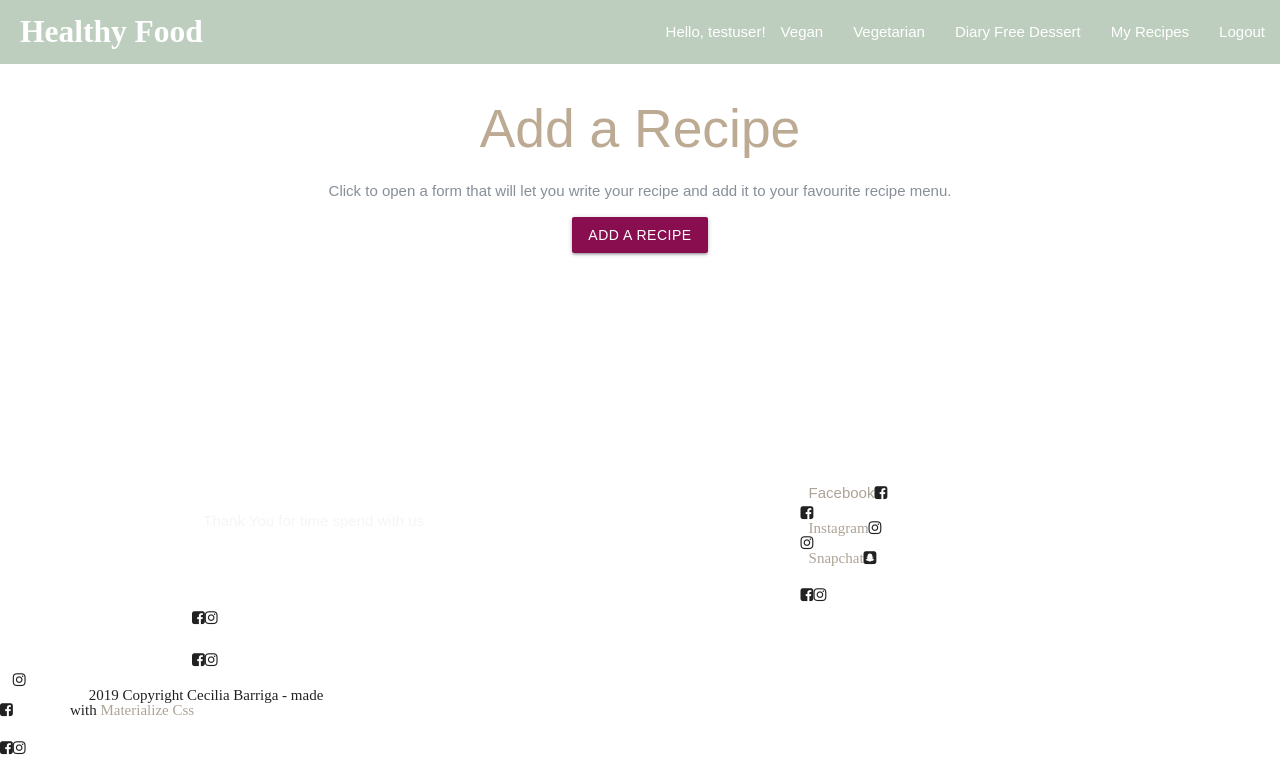
Repository: cesole/cookbook
Page: http://localhost/get_my_recipes
The author's editor kept a record of every edit. The page is drawn from the files as they stood at one moment, then again after the next edit.
The browser window is 1280 px wide. The pictures show the whole page.
Some web fonts or font styles are not loaded; a fallback is used. The page is served by the project's application, run on Flask 3 (app.py). The session is filled in as if someone had signed in: {"username": "testuser"}. Queries for data that is not in the repository find no rows.

Above is the page before.

After the next edit:
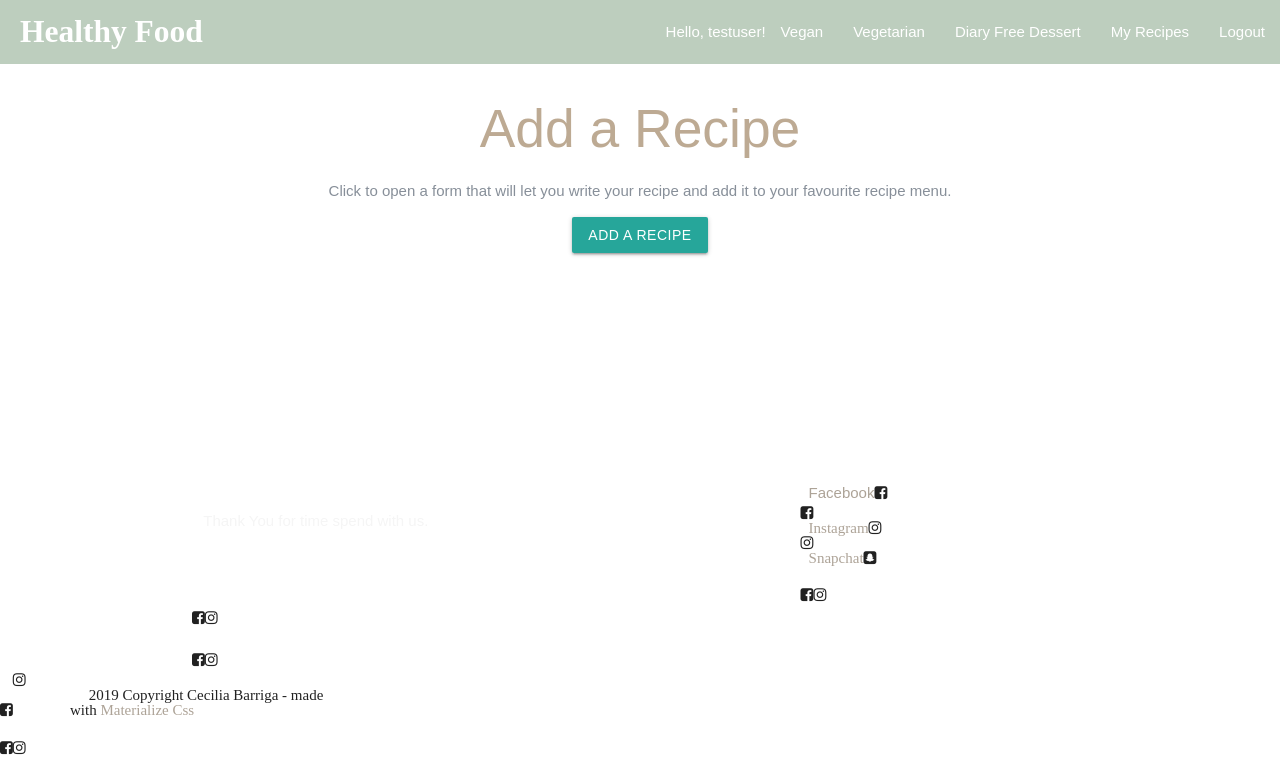
The edit:
--- a/templates/user_recipes.html
+++ b/templates/user_recipes.html
@@ -5,7 +5,7 @@
             <h2 class="center brown-text art-deco-font">Add a Recipe</h2>
             <p class="light center">Click to open a form that will let you write your recipe and add it to your favourite recipe menu.</p>
         </div>
-        <a href="/add_recipe" class="waves-effect waves-light btn #880e4f pink darken-4">Add a Recipe</a>
+        <a href="/add_recipe" class="btn waves-effect waves-light">Add a Recipe</a>
     </div>
 </div>
 
